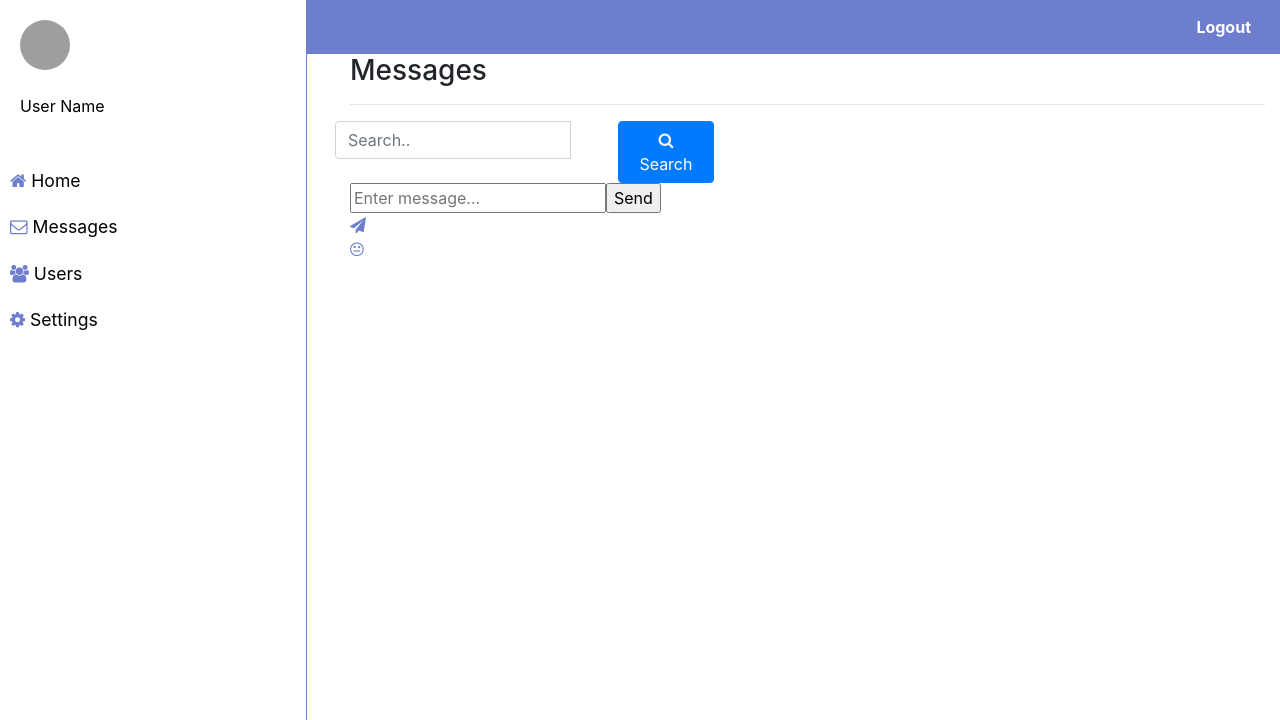
Repository: Evelyn-kate/chatapp-frontend-backend
Page: /messages (app in my-app/)
These files come from the project's save history. The page is drawn as it stood at one moment and after a run of saves; the edit follows.
The browser window is 1280 px wide. The pictures show the whole page.
Pictures or frames that could not be fetched are drawn as grey boxes. Some web libraries are served in a nearby version. The project was rebuilt for these pictures with package versions that can differ from the ones it lists, and the page was loaded fresh each time. Also part of the build but not shown: my-app/src/components/WelcomeComponent.jsx, my-app/src/components/LoginComponent.jsx, my-app/src/components/WelcomedComponent.jsx, my-app/src/components/UserComponent.jsx, my-app/src/components/SettingsComponent.jsx.

Above is the page before, as saved 2020-11-09 17:27:04.

### my-app/public/index.html
<!DOCTYPE html>
<html lang="en">

<head>
    <meta charset="utf-8" />
    <link rel="icon" href="%PUBLIC_URL%/favicon.ico" />
    <link rel="stylesheet" href="https://stackpath.bootstrapcdn.com/bootstrap/4.4.1/css/bootstrap.min.css" integrity="sha384-Vkoo8x4CGsO3+Hhxv8T/Q5PaXtkKtu6ug5TOeNV6gBiFeWPGFN9MuhOf23Q9Ifjh" crossOrigin="anonymous">
    <meta name="viewport" content="width=device-width, initial-scale=1" />
    <meta name="theme-color" content="#000000" />
    <meta name="description" content="Web site created using create-react-app" />
    <link rel="apple-touch-icon" href="%PUBLIC_URL%/logo192.png" />
    <link rel="stylesheet" href="https://cdnjs.cloudflare.com/ajax/libs/font-awesome/4.7.0/css/font-awesome.min.css" />

    <!--
      manifest.json provides metadata used when your web app is installed on a
      user's mobile device or desktop. See https://developers.google.com/web/fundamentals/web-app-manifest/
    -->
    <link rel="manifest" href="%PUBLIC_URL%/manifest.json" />
    <!--
      Notice the use of %PUBLIC_URL% in the tags above.
      It will be replaced with the URL of the `public` folder during the build.
      Only files inside the `public` folder can be referenced from the HTML.

      Unlike "/favicon.ico" or "favicon.ico", "%PUBLIC_URL%/favicon.ico" will
      work correctly both with client-side routing and a non-root public URL.
      Learn how to configure a non-root public URL by running `npm run build`.
    -->
    <title>React App</title>
</head>

<body>
    <noscript>You need to enable JavaScript to run this app.</noscript>

    <script src="https://code.jquery.com/jquery-3.4.1.slim.min.js" integrity="sha384-J6qa4849blE2+poT4WnyKhv5vZF5SrPo0iEjwBvKU7imGFAV0wwj1yYfoRSJoZ+n" crossOrigin="anonymous"></script>
    <script src="https://cdn.jsdelivr.net/npm/popper.js@1.16.0/dist/umd/popper.min.js" integrity="sha384-Q6E9RHvbIyZFJoft+2mJbHaEWldlvI9IOYy5n3zV9zzTtmI3UksdQRVvoxMfooAo" crossOrigin="anonymous"></script>
    <script src="https://stackpath.bootstrapcdn.com/bootstrap/4.4.1/js/bootstrap.min.js" integrity="sha384-wfSDF2E50Y2D1uUdj0O3uMBJnjuUD4Ih7YwaYd1iqfktj0Uod8GCExl3Og8ifwB6" crossOrigin="anonymous"></script>
    <!-- <script src="https://facebook.github.io/react/js/jsfiddle-integration-babel.js"></script> -->
    <script src="https://ajax.googleapis.com/ajax/libs/jquery/1.11.1/jquery.min.js"></script>

    <div id="root"></div>
    <!--
      This HTML file is a template.
      If you open it directly in the browser, you will see an empty page.

      You can add webfonts, meta tags, or analytics to this file.
      The build step will place the bundled scripts into the <body> tag.

      To begin the development, run `npm start` or `yarn start`.
      To create a production bundle, use `npm run build` or `yarn build`.
    -->
</body>

</html>

### my-app/src/index.js
import React from 'react';
import ReactDOM from 'react-dom';
import IndexComponent from './components/IndexComponent.jsx';
import './index.css';
import 'bootstrap/dist/css/bootstrap.min.css';
import './Login.scss';



ReactDOM.render( <
    IndexComponent / > ,
    document.getElementById('root')
);

### my-app/src/components/IndexComponent.jsx
import React from 'react';

import { BrowserRouter, Switch, Route } from 'react-router-dom';

import WelcomeComponent from './WelcomeComponent';

import LoginComponent from './LoginComponent';
import WelcomedComponent from './WelcomedComponent';
import UserComponent from './UserComponent';
import SettingsComponent from './SettingsComponent';
import MessageComponent from './MessageComponent';


class IndexComponent extends React.Component {
    render() {
        return (
            <BrowserRouter>
                <Switch>
                    <Route exact path="/" component={LoginComponent} />
                    <Route path="/welcome/username" component={WelcomeComponent} />
                    <Route exact path="/logout" component={LoginComponent} />
                    <Route exact path="/welcome/admin" component={WelcomedComponent} />
                    <Route exact path="/users" component={UserComponent} />
                    <Route exact path="/settings" component={SettingsComponent} />
                    <Route exact path="/messages" component={MessageComponent} />
                </Switch>
            </BrowserRouter>
        );
    }
}
export default IndexComponent;

### my-app/src/Login.scss
/* styling the login page*/


/* form {
    border: 3px solid #7c84ec;
    position: absolute;
    background: blue;
} */

.form-login {
    background-color: #318CE7;
    border: 3px solid #7c84ec;
    position: absolute;
}

.box-login {
    padding-top: 50px;
}

button {
    background-color: #dbf113;
    color: white;
    padding: 14px 20px;
    margin: 8px 0;
    border: none;
    cursor: pointer;
    width: 75%;
    float: right;
}

button:hover {
    opacity: 0.8;
}

button.logout {
    width: initial;
    color: #fff
}

// css avatar
.avatar {
    vertical-align: middle;
    width: 50px;
    height: 50px;
    border-radius: 50%;
}

span.psw {
    float: left;
    //padding-top: 16px;
}

.btn btn-outline-success my-2 my-sm-0 {
    width: 40%;
    padding-block: 80px;
}

// Welcome style
.main-text {
    display: flex;
    min-height: 80vh;
    align-items: center;
    justify-content: center;
}


/*my style sidebar start*/

.wrapper {
    display: flex;
    width: 100%;
    align-items: stretch;
    overflow-x: hidden;
    overflow-y: auto;
}

a[data-toggle="collapse"] {
    position: relative;
}

.dropdown-toggle::after {
    display: block;
    position: absolute;
    top: 50%;
    right: 20px;
    transform: translateY(-50%);
}

@media (max-width: 700px) {
    #sidebar {
        margin-left: -250px;
    }
    #sidebar.active {
        margin-left: 0;
    }
}


/*
    ADDITIONAL DEMO STYLE, NOT IMPORTANT TO MAKE THINGS WORK BUT TO MAKE IT A BIT NICER :)
*/

///@import "https://fonts.googleapis.com/css?family=Poppins:300,400,500,600,700";
body {
    font-family: 'Poppins', sans-serif;
    background: #fafafa;
    overflow: scroll;
}

p {
    font-family: 'Poppins', sans-serif;
    font-size: 1.1em;
    font-weight: 300;
    line-height: 1.7em;
    color: #000;
}

a,
a:hover,
a:focus {
    color: inherit;
    text-decoration: none;
    transition: all 0.3s;
}

#sidebar {
    /* don't forget to add all the previously mentioned styles here too */
    background: #fff;
    color: #000;
    transition: all 0.3s;
    height: 100%;
    width: 24%;
    position: fixed;
    //min-height: 1000px;
    z-index: 999;
    overflow: auto;
    top: 0;
    bottom: 0px;
    left: 0;
    border-right: 1px solid #6d7fcc;
}

#sidebar .sidebar-header {
    padding: 20px;
    background: #fff;
}

#sidebar ul.components {
    padding: 20px 0;
    //  border-bottom: 1px solid #47748b;
}

#sidebar ul p {
    color: #fff;
    padding: 10px;
}

#sidebar ul li a {
    padding: 10px;
    font-size: 1.1em;
    display: block;
    text-decoration: none;
    color: #000;
}

#sidebar ul li a:hover {
    color: #000;
    background: #cecece;
}

#sidebar ul li.active>a,
a[aria-expanded="true"] {
    color: #000;
    background: #cecece;
}

ul ul a {
    font-size: 0.9em !important;
    padding-left: 30px !important;
    background: #fff;
}


/*my style sidebar end*/

.navbarr {
    background-color: #6d7fcc;
    padding-left: 0%;
}

.navbardiv {
    margin-left: -30px;
}

.fa {
    color: #6d7fcc;
}


/* Add media queries for small screens (when the height of the screen is less than 450px, add a smaller padding and font-size) */


/* @media screen and (max-height: 450px) {
    .sidebar {
        padding-top: 15px;
    }
    .sidebar a {
        font-size: 18px;
    }
}
 */


/*message start style*/

.container1 {
    border: 2px solid #dedede;
    background-color: #fff;
    border-radius: 5px;
    padding: 10px;
    margin: 10px 10px 10px 10px;
}


/* Darker chat container */

.darker {
    border-color: #ccc;
    background-color: #ddd;
}


/* Clear floats */

.container1::after {
    content: "";
    clear: both;
    display: table;
}


/* Style time text */

.time-right {
    float: right;
    color: #aaa;
}


/* Style time text */

.time-left {
    float: left;
    color: #999;
}

.publisher {
    position: relative;
    display: -webkit-box;
    display: flex;
    -webkit-box-align: center;
    align-items: center;
    padding: 12px 20px;
    background-color: #f9fafb
}

.publisher>*:first-child {
    margin-left: 0
}

.publisher>* {
    margin: 0 8px
}

.publisher-input {
    -webkit-box-flex: 1;
    flex-grow: 1;
    border: none;
    outline: none !important;
    background-color: transparent
}

.publisher-btn {
    background-color: transparent;
    border: none;
    color: #8b95a5;
    font-size: 16px;
    cursor: pointer;
    overflow: -moz-hidden-unscrollable;
    -webkit-transition: .2s linear;
    transition: .2s linear
}

.file-group input[type="file"] {
    position: absolute;
    opacity: 0;
    z-index: -1;
    width: 20px
}

.text-info {
    color: #48b0f7;
}


/* Style message avatar */

.container1 img {
    float: left;
    max-width: 60px;
    width: 100%;
    margin-right: 20px;
    border-radius: 50%;
}


/* Style the right image */

.container1 img.right {
    float: right;
    margin-left: 20px;
    margin-right: 0;
}


/*message styles end*/

@import "~bootstrap/scss/bootstrap";

### my-app/src/components/MessageComponent.jsx
import React from 'react';
import PropTypes from 'prop-types';

import NavComponent from './NavComponent';
import SideComponent from './SideComponent';



class MessageComponent extends React.Component {
    // logout() {
    //     this.props.history.push('/logout');
    // }
    static propTypes = {
        onSubmitMessage: PropTypes.func.isRequired,
    }
    state = {
        message: '',
    }


    render() {
        return (
            <div>

                <div className="container-fluid">
                    <div className="row">
                        {/* <!-- The sidebar --> */}
                        <div className="col-3">
                            <div>
                                <SideComponent />
                            </div>
                        </div>
                        <div className="col-9 pr-0">

                            {/*navbar component*/}

                            <NavComponent history={this.props.history} />

                            <div className="container">
                                <div className="panel panel-info">
                                    <div className="panel-heading">
                                        <h3> Messages</h3>
                                        <hr />
                                    </div>

                                    <div className="panel-body">

                                        <div className="row">
                                            <div className="input-group">
                                                <input type="text" placeholder="Search.." className="form-control col-3" />
                                                <div className="input-group-btn col-2">
                                                    <button type="submit" className="btn btn-primary" type="button" onClick={(e) => { e.preventDefault(); window.location.href = 'http://google.com'; }}>
                                                        <i className="fa fa-search" style={{ color: "whitesmoke" }}></i> Search</button>
                                                </div>
                                            </div>
                                        </div>
                                        {/*

                                            <div className="container1">
                                                <img src="../User.jpg" alt="Avatar"/>
                                                    <p>Hello. How are you today?</p>
                                                    <span className="time-right">11:00</span>
                                            </div>

                                            <div className="container1 darker">
                                                <img src="/w3images/avatar_g2.jpg" alt="Avatar" class="right"/>
                                                    <p>Hey! I'm fine. Thanks for asking!</p>
                                                    <span className="time-left">11:01</span>
                                            </div>

                                            <div className="container1">
                                                <img src="/w3images/bandmember.jpg" alt="Avatar"/>
                                                    <p>Sweet! So, what do you wanna do today?</p>
                                                    <span className="time-right">11:02</span>
                                            </div>

                                            <div className="container1 darker">
                                                <img src="/w3images/avatar_g2.jpg" alt="Avatar" class="right"/>
                                                    <p>Nah, I dunno. Play soccer.. or learn more coding perhaps?</p>
                                                    <span className="time-left">11:05</span>
                                            </div> */}




                                        <span className="publisher-btn file-group">

                                            <div>
                                                <form action="." onSubmit={e => {
                                                    e.preventDefault()
                                                    this.props.onSubmitMessage(this.state.message)
                                                    this.setState({ message: '' })
                                                }}
                                                >
                                                    <input type="text" placeholder={'Enter message...'} value={this.state.message}
                                                        onChange={e => this.setState({ message: e.target.value })}
                                                    />
                                                    <input type="submit" value={'Send'} />
                                                    <div className="publisher-btn" data-abc="true"><i className="fa fa-paper-plane"></i> <div className="publisher-btn text-info" data-abc="true"></div> </div>

                                                </form>
                                            </div>
                                            <div className="publisher-btn" data-abc="true"><i className="fa fa-meh-o"></i> <div className="publisher-btn text-info" data-abc="true"></div> </div></span>
                                    </div>
                                </div>
                            </div>
                        </div>
                    </div>
                </div>
            </div>
        );
    }
}

export default MessageComponent;

### my-app/src/components/NavComponent.jsx
import React from 'react';

class NavComponent extends React.Component{
    logout = () => {
        this.props.history.push('/logout');
    }
    render () {
        return (
            <div className="navbardiv">
                <nav className="navbar navbarr justify-content-end navbar-expand-lg">
                    <button className="btn btn-default logout" type="submit" onClick={this.logout}> <b>Logout</b></button>
                </nav>
            </div>
        );

    }
}
export default NavComponent;

### my-app/src/components/SideComponent.jsx
import React from 'react';

class SideComponent extends React.Component{
    render () {
        return (
/*             <div class="sidebar">
            <img src="/images/User_Avatar_2.png" alt="Avatar" className="avatar"/>
            <h1>Username</h1>
            <h4>User@worldvoice.eu</h4>
            <a href="#home"><i className="fa fa-fw fa-envelope"></i>Messages</a>
            <a href="#clients"><i className="fa fa-fw fa-user"></i> Users</a>
            <a href="#contact"><i className="fa fa-fw fa-cog"></i>Settings</a>
         </div>*/


    <nav id="sidebar">
        <div class="sidebar-header">
            <div>
                <img src="images/User.jpg" alt="Avatar" className="avatar"/>
            </div>
            <br/>
            <span>User Name</span>

        </div>

        <ul class="list-unstyled components">
            <li>

                <a href=" http://localhost:3000/welcome/username">
                    <i class="fa fa-home" aria-hidden="true"></i>     Home
                </a>
            </li>

            <li>

                <a href=" http://localhost:3000/messages">
                    <i class="fa fa-envelope-o" aria-hidden="true"></i>     Messages
                </a>
            </li>

            <li>
                <a href=" http://localhost:3000/users"><i class="fa fa-users" aria-hidden="true"></i>     Users</a>
            </li>
            <li>
                <a href=" http://localhost:3000/settings"><i class="fa fa-cog" aria-hidden="true"></i>     Settings</a>
            </li>
        </ul>
    </nav>




        );


    }

}
export default SideComponent;

Loaded but not shown: my-app/src/index.css (common file)

After the next 2 saves:
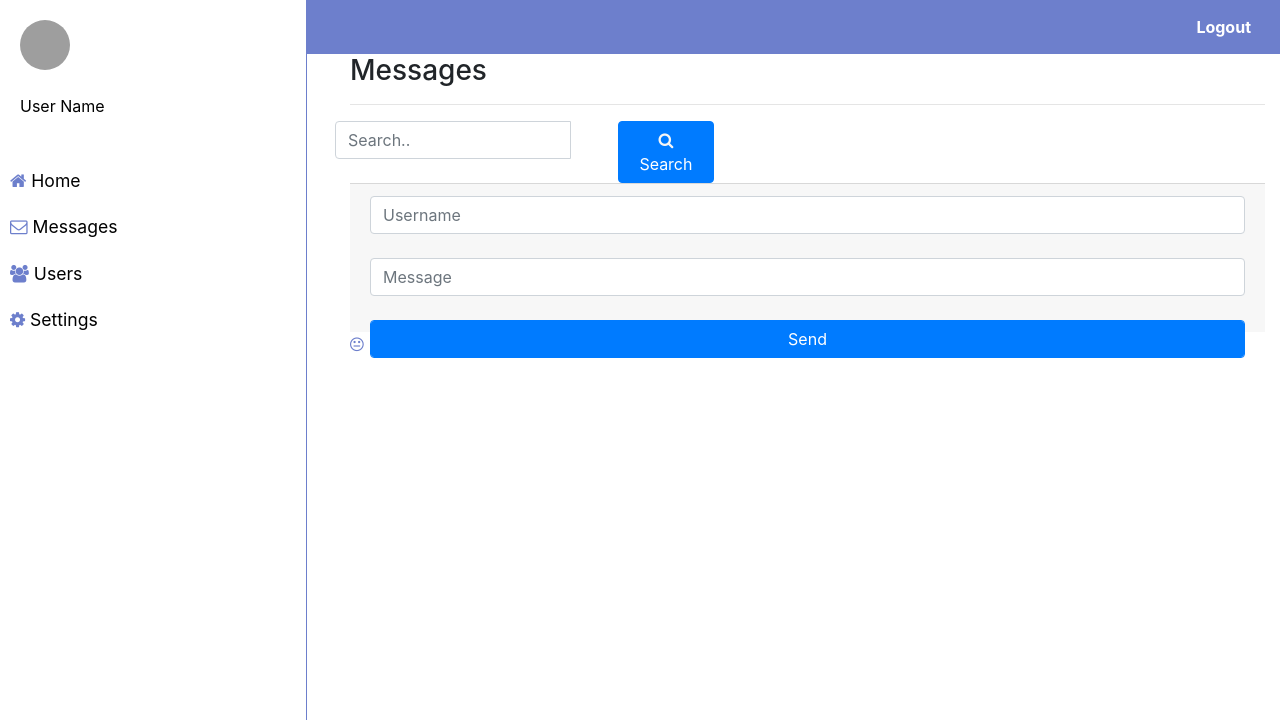
The 2 saves are shown as one change because 1 did not build or start.
The last was saved 17 min 10 s later.
--- a/my-app/src/components/MessageComponent.jsx
+++ b/my-app/src/components/MessageComponent.jsx
@@ -10,11 +10,14 @@ class MessageComponent extends React.Component {
     // logout() {
     //     this.props.history.push('/logout');
     // }
-    static propTypes = {
-        onSubmitMessage: PropTypes.func.isRequired,
-    }
-    state = {
-        message: '',
+    constructor(props) {
+        super(props);
+
+        this.state = {
+            username: '',
+            message: '',
+            messages: []
+        };
     }
 
 
@@ -85,7 +88,7 @@ class MessageComponent extends React.Component {
 
                                         <span className="publisher-btn file-group">
 
-                                            <div>
+                                            {/* <div>
                                                 <form action="." onSubmit={e => {
                                                     e.preventDefault()
                                                     this.props.onSubmitMessage(this.state.message)
@@ -99,6 +102,21 @@ class MessageComponent extends React.Component {
                                                     <div className="publisher-btn" data-abc="true"><i className="fa fa-paper-plane"></i> <div className="publisher-btn text-info" data-abc="true"></div> </div>
 
                                                 </form>
+                                            </div> */}
+                                            <div className="messages">
+                                                {this.state.messages.map(message => {
+                                                    return (
+                                                        <div>{message.author}: {message.message}</div>
+                                                    )
+                                                })}
+                                            </div>
+
+                                            <div className="card-footer">
+                                                <input type="text" placeholder="Username" value={this.state.username} onChange={ev => this.setState({ username: ev.target.value })} className="form-control" />
+                                                <br />
+                                                <input type="text" placeholder="Message" className="form-control" value={this.state.message} onChange={ev => this.setState({ message: ev.target.value })} />
+                                                <br />
+                                                <button onClick={this.sendMessage} className="btn btn-primary form-control">Send</button>
                                             </div>
                                             <div className="publisher-btn" data-abc="true"><i className="fa fa-meh-o"></i> <div className="publisher-btn text-info" data-abc="true"></div> </div></span>
                                     </div>
